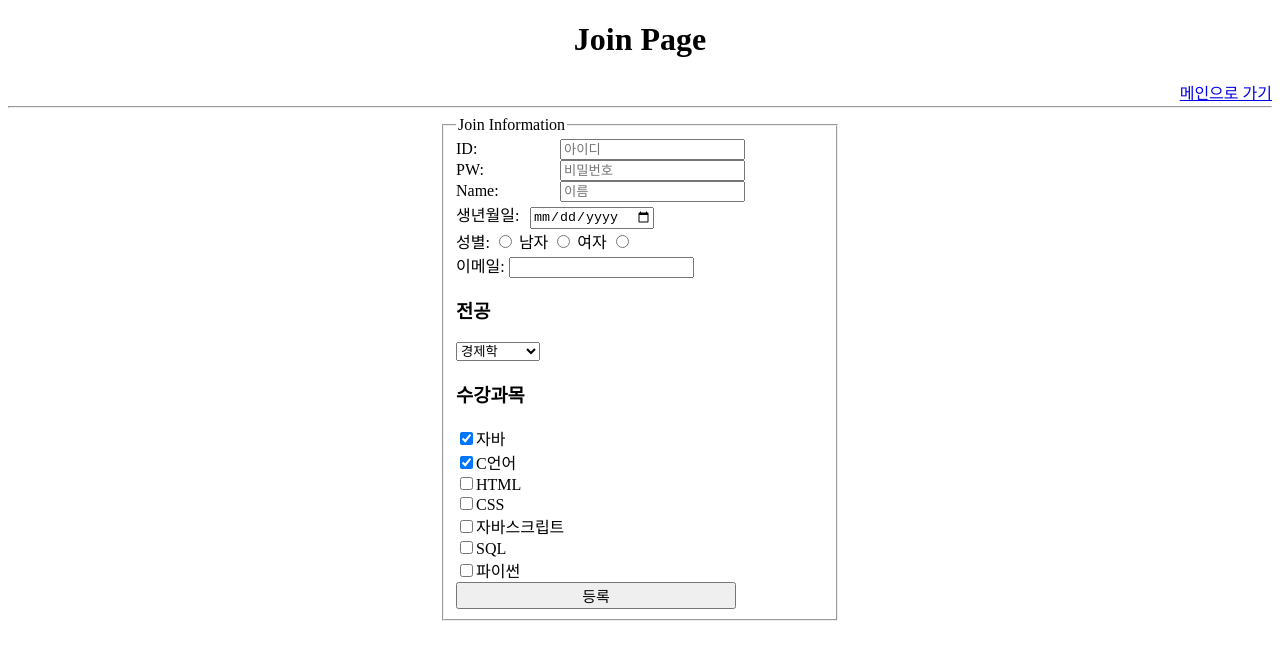
Repository: ByeonYJ/CSSTest
Page: GMSUI/WebContent/member/join.html
The author's editor kept a copy of each file at every save. The page is drawn from the files as they stood at one save, then again after the next save.
The browser window is 1280 px wide. The pictures show the whole page.

Above is the page before, as saved 2017-07-20 03:52:10.

After the next save:
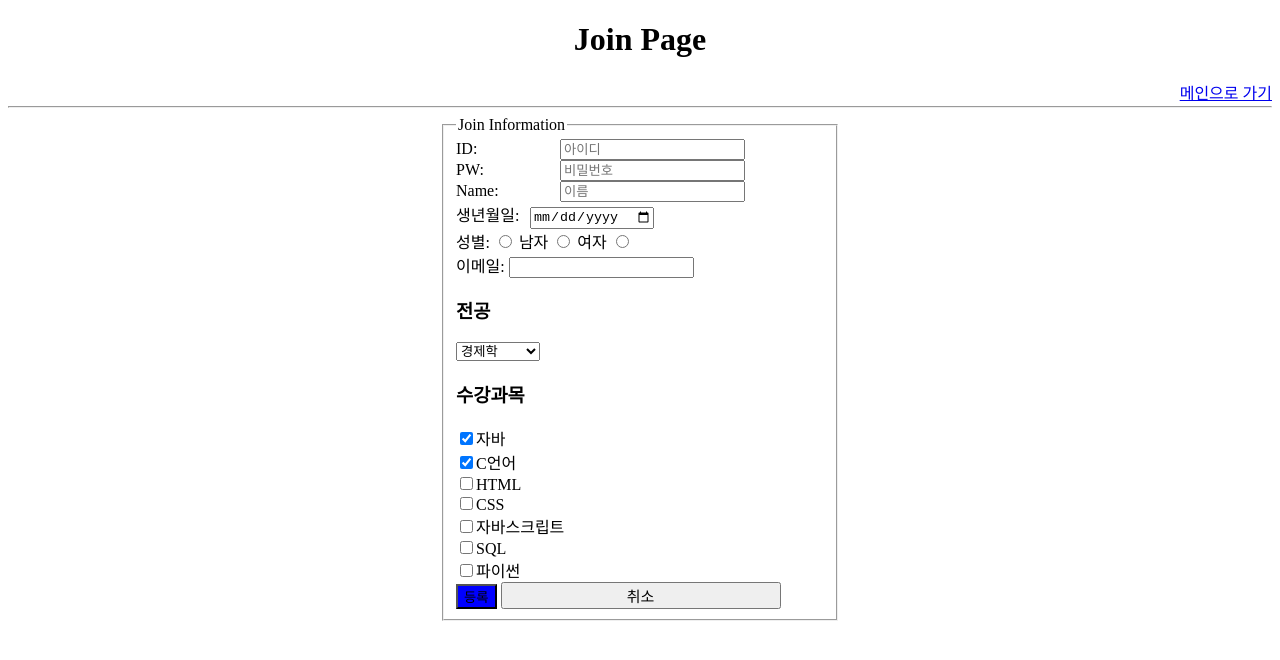
Saved 97 s later.
--- a/GMSUI/WebContent/member/join.html
+++ b/GMSUI/WebContent/member/join.html
@@ -56,7 +56,7 @@
 			<input type="checkbox" name="subject" value="javascript"/>자바스크립트<br />
 			<input type="checkbox" name="subject" value="sql"/>SQL<br />
 			<input type="checkbox" name="subject" value="python"/>파이썬<br />
-			<input type="submit" value="등록" style="bgcolor-blue; font-size: 15px; width: 280px;/>
+			<input type="submit" value="등록" class="bgcolor-blue" style=font-size: 15px; width: 280px;/>
 			<input type="reset" value="취소" style="bgcolor-red; font-size: 15px; width: 280px;"/>
 		</fieldset>
 	</form>
